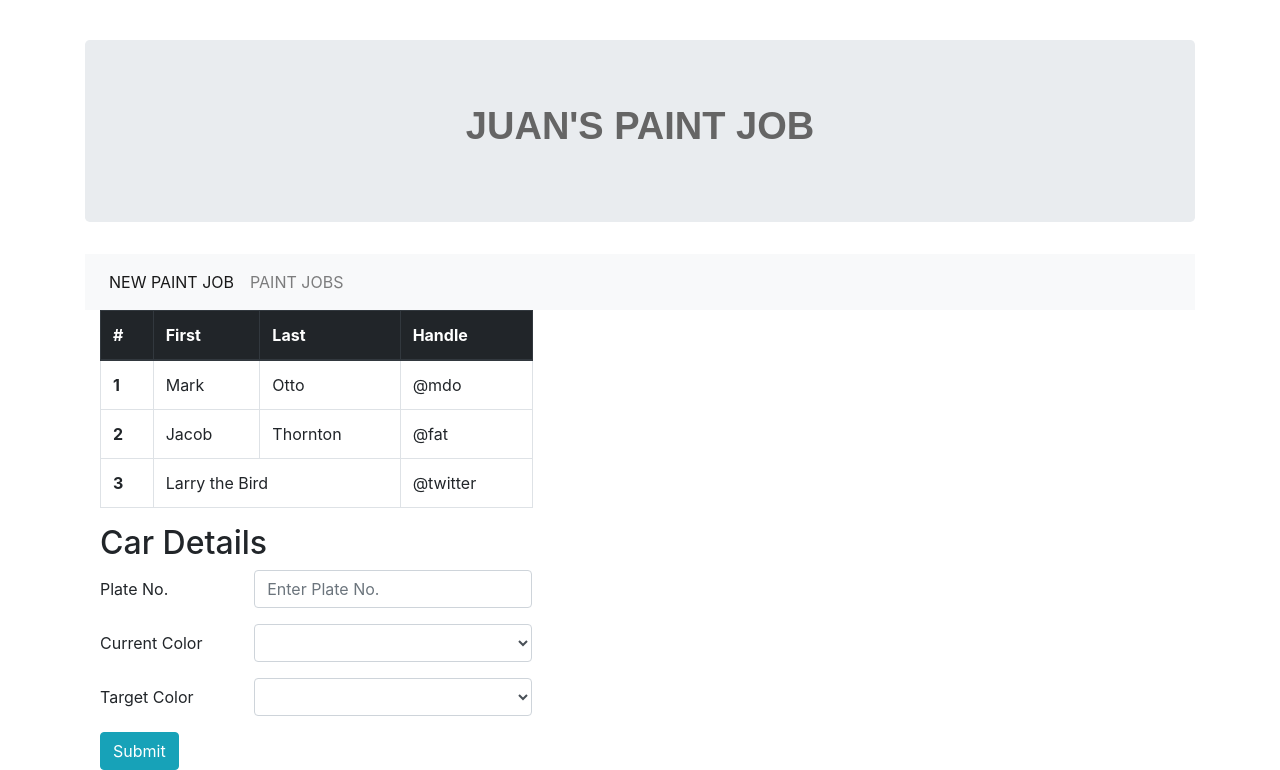
Repository: soycaringal/paint-job
Page: http://localhost/
The author's editor kept a copy of each file at every save. The page is drawn from the files as they stood at one save, then again after the next save.
The browser window is 1280 px wide. The pictures show the whole page.
The page is served by the project's Laravel application, run on PHP 8.4 with Laravel 8. Other server files are loaded and not shown. Queries for data that is not in the repository find no rows.

Above is the page before, as saved 2020-02-22 20:43:00.

### routes/web.php
<?php

/*
|--------------------------------------------------------------------------
| Web Routes
|--------------------------------------------------------------------------
|
| Here is where you can register web routes for your application. These
| routes are loaded by the RouteServiceProvider within a group which
| contains the "web" middleware group. Now create something great!
|
*/

Route::get('/', 'CarController@index');
Route::post('/car', 'CarController@store')->name('car.store');

// Route::post('/car', function () {

//     return 'aw';
// });

### app/Http/Controllers/CarController.php
<?php

namespace App\Http\Controllers;

use App\Car;
use Illuminate\Http\Request;

class CarController extends Controller
{
    private $car;

    public function __construct(Car $car) {
        $this->car = $car;
    }

    /**
     * Display a listing of the resource.
     *
     * @return \Illuminate\Http\Response
     */
    public function index()
    {
        $cars = $this->car->all();
        return view('welcome', compact('cars'));
    }

    /**
     * Show the form for creating a new resource.
     *
     * @return \Illuminate\Http\Response
     */
    public function create()
    {
        //
    }

    /**
     * Store a newly created resource in storage.
     *
     * @param  \Illuminate\Http\Request  $request
     * @return \Illuminate\Http\Response
     */
    public function store(Request $request)
    {
        $data = $request->all();

        $car = new Car();
        $car->plate_no = $data['plate_no'];
        $car->current_color = $data['current_color'];
        $car->target_color = $data['target_color'];
        $car->save();

        return redirect('/');
    }

    /**
     * Display the specified resource.
     *
     * @param  \App\Car  $car
     * @return \Illuminate\Http\Response
     */
    public function show(Car $car)
    {
        //
    }

    /**
     * Show the form for editing the specified resource.
     *
     * @param  \App\Car  $car
     * @return \Illuminate\Http\Response
     */
    public function edit(Car $car)
    {
        //
    }

    /**
     * Update the specified resource in storage.
     *
     * @param  \Illuminate\Http\Request  $request
     * @param  \App\Car  $car
     * @return \Illuminate\Http\Response
     */
    public function update(Request $request, Car $car)
    {
        //
    }

    /**
     * Remove the specified resource from storage.
     *
     * @param  \App\Car  $car
     * @return \Illuminate\Http\Response
     */
    public function destroy(Car $car)
    {
        //
    }
}

### resources/views/welcome.blade.php
<!DOCTYPE html>
<html lang="{{ str_replace('_', '-', app()->getLocale()) }}">
    <head>
        <meta charset="utf-8">
        <meta name="viewport" content="width=device-width, initial-scale=1">

        <title>Laravel</title>

        <!-- Fonts -->
        <link href="https://fonts.googleapis.com/css?family=Nunito:200,600" rel="stylesheet">
        <link rel="stylesheet" href="https://stackpath.bootstrapcdn.com/bootstrap/4.1.3/css/bootstrap.min.css" integrity="sha384-MCw98/SFnGE8fJT3GXwEOngsV7Zt27NXFoaoApmYm81iuXoPkFOJwJ8ERdknLPMO" crossorigin="anonymous">
        <script src="https://code.jquery.com/jquery-3.3.1.slim.min.js" integrity="sha384-q8i/X+965DzO0rT7abK41JStQIAqVgRVzpbzo5smXKp4YfRvH+8abtTE1Pi6jizo" crossorigin="anonymous"></script>
        <script src="https://cdnjs.cloudflare.com/ajax/libs/popper.js/1.14.3/umd/popper.min.js" integrity="sha384-ZMP7rVo3mIykV+2+9J3UJ46jBk0WLaUAdn689aCwoqbBJiSnjAK/l8WvCWPIPm49" crossorigin="anonymous"></script>
        <script src="https://stackpath.bootstrapcdn.com/bootstrap/4.1.3/js/bootstrap.min.js" integrity="sha384-ChfqqxuZUCnJSK3+MXmPNIyE6ZbWh2IMqE241rYiqJxyMiZ6OW/JmZQ5stwEULTy" crossorigin="anonymous"></script>
        <link href="/css/main.css" rel="stylesheet">
        <script src="https://code.jquery.com/jquery-3.4.1.min.js"
                integrity="sha256-CSXorXvZcTkaix6Yvo6HppcZGetbYMGWSFlBw8HfCJo=" crossorigin="anonymous"></script>
    </head>
    <body>
        <div class="container">
            <header>
                <div class="jumbotron text-center">
                    <h1>Juan's Paint Job</h1>
                </div>
                <nav class="navbar navbar-expand-lg navbar-light bg-light">
                    <div class="collapse navbar-collapse" id="navbarText">
                        <ul class="navbar-nav mr-auto">
                            <li class="nav-item active">
                                <a class="nav-link" href="/">NEW PAINT JOB</a>
                            </li>
                            <li class="nav-item">
                                <a class="nav-link" href="/jobs">PAINT JOBS</a>
                            </li>
                            </li>
                        </ul>
                    </div>
                </nav>
            </header>

            <main>
                <section class="col-5">
                    <div class="cars">
                        <table class="table table-bordered">
                            <thead class="thead thead-dark">
                                <tr>
                                    <th scope="col">#</th>
                                    <th scope="col">First</th>
                                    <th scope="col">Last</th>
                                    <th scope="col">Handle</th>
                                </tr>
                            </thead>
                            <tbody>
                                <tr>
                                    <th scope="row">1</th>
                                    <td>Mark</td>
                                    <td>Otto</td>
                                    <td>@mdo</td>
                                </tr>
                                <tr>
                                    <th scope="row">2</th>
                                    <td>Jacob</td>
                                    <td>Thornton</td>
                                    <td>@fat</td>
                                </tr>
                                <tr>
                                    <th scope="row">3</th>
                                    <td colspan="2">Larry the Bird</td>
                                    <td>@twitter</td>
                                </tr>
                            </tbody>
                        </table>
                    </div>

                    <h2>Car Details</h2>
                    <form action="{{route('car.store')}}" method="post">
                        @csrf
                        <!-- START: Plate No. -->
                        <div class="form-group row">
                            <label class="col-4 col-form-label">Plate No.</label>
                            <div class="col-8   ">
                                <input type="text" name="plate_no" class="form-control" placeholder="Enter Plate No.">
                            </div>
                        </div>
                        <!-- END: Plate No. -->
                        <!-- START: Current Color -->
                        <div class="form-group row">
                            <label class="col-4 col-form-label">Current Color</label>
                            <div class="col-8   ">
                                <select name="current_color"class="form-control">
                                    <option value=""></option>
                                    <option value="red">Red</option>
                                    <option value="green">Green</option>
                                    <option value="blue">Blue</option>
                                </select>
                            </div>
                        </div>
                        <!-- END: Current Color -->
                        <!-- START: Target Color -->
                        <div class="form-group row">
                            <label class="col-4 col-form-label">Target Color</label>
                            <div class="col-8   ">
                                <select name="target_color"class="form-control">
                                    <option value=""></option>
                                    <option value="red">Red</option>
                                    <option value="green">Green</option>
                                    <option value="blue">Blue</option>
                                </select>
                            </div>
                        </div>
                        <!-- END: Target Color -->
                        <button type="submit" class="btn btn-info">Submit</button>
                    </form>
                </section>
            </main>

        </div>

        <script>
        $(document).ready(() => {
            poll();
        })

        function getData() {
            $.get('/api/cars')
            .then((res) => {

            });

            poll();
        }
        function poll() {
            setTimeout(() => {
                getData()
            }, 3000);
        }



        </script>
    </body>
</html>

### public/css/main.css
header {
    margin-top: 40px;
}

header h1 {
    font-family: 'arial';
    font-weight: bold;
    font-size: 38px;
    text-transform: uppercase;
    color: #656565;
}

.navbar {
    /* background-color: #e9695b; */
}

Loaded but not shown: app/Http/Controllers/Controller.php (common file); app/Car.php (common file)

After the next save:
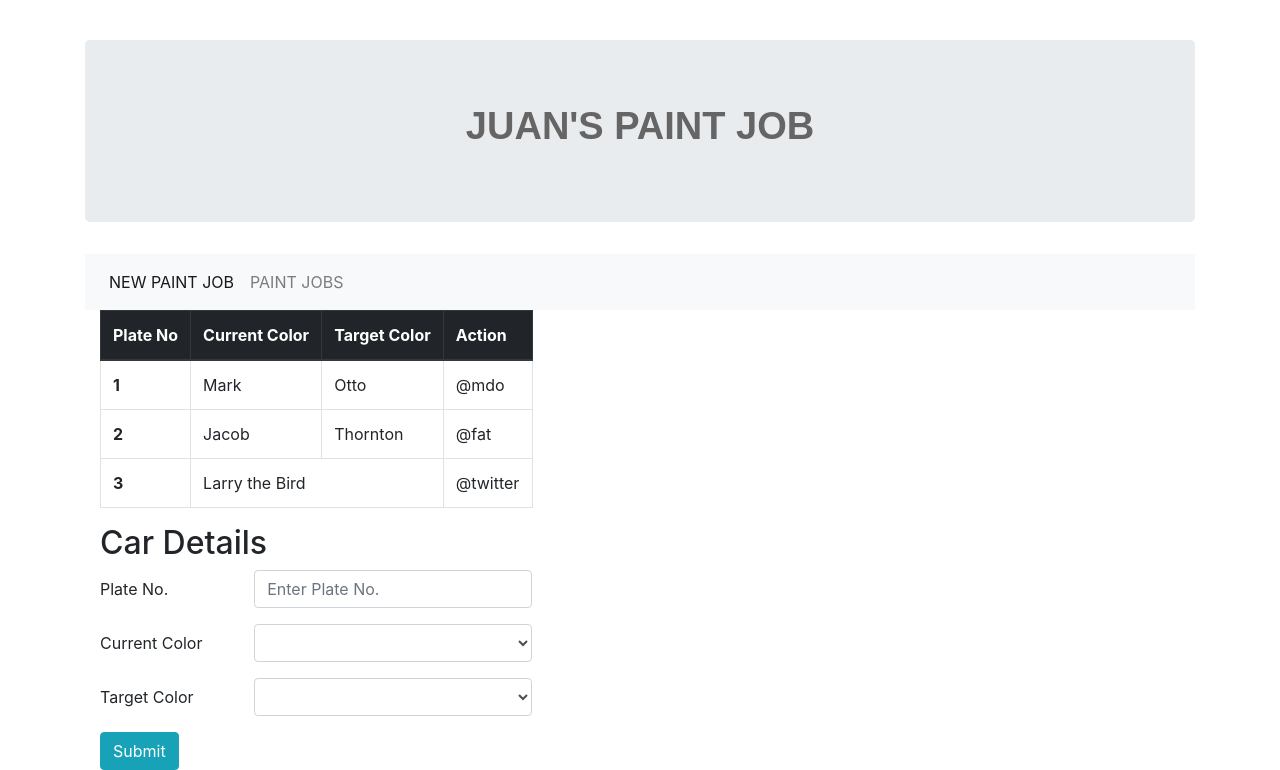
Saved 2 min 29 s later.
--- a/resources/views/welcome.blade.php
+++ b/resources/views/welcome.blade.php
@@ -43,10 +43,10 @@
                         <table class="table table-bordered">
                             <thead class="thead thead-dark">
                                 <tr>
-                                    <th scope="col">#</th>
-                                    <th scope="col">First</th>
-                                    <th scope="col">Last</th>
-                                    <th scope="col">Handle</th>
+                                    <th scope="col">Plate No</th>
+                                    <th scope="col">Current Color</th>
+                                    <th scope="col">Target Color</th>
+                                    <th scope="col">Action</th>
                                 </tr>
                             </thead>
                             <tbody>
